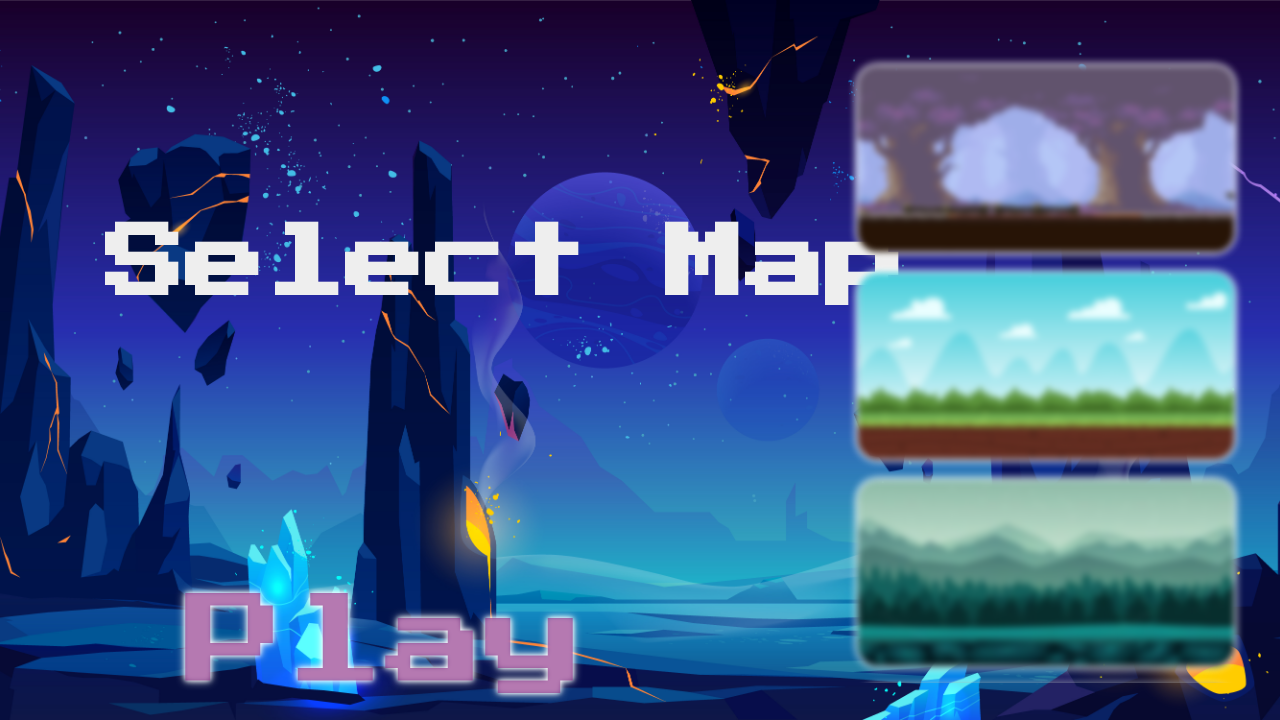
Repository: Gaurav31052/Fighting-game
Page: home.html
The author's editor kept a copy of each file at every save. The page is drawn from the files as they stood at one save, then again after the next save.
The browser window is 1280 px wide. The pictures show the whole page.
An inner scrolling area shows only its first screen.

Above is the page before, as saved 2024-06-06 23:29:43.

### home.html
<!DOCTYPE html>
<html lang="en">

<head>
    <meta charset="UTF-8">
    <meta name="viewport" content="width=device-width, initial-scale=1.0">
    <title>Document</title>
    <link href="https://fonts.googleapis.com/css2?family=Press+Start+2P&display=swap" rel="stylesheet">
    <link rel="stylesheet" href="style.css">
</head>

<body>


    <!-- carousel -->
    <div class="carousel">
        <!-- list item -->
        <div class="list">
            <div class="item">

                <div class="MapName">
                   <h1 id="name">Select Map</h1>
                </div>

                <img id="mainbox" src="img/home.jpg" alt="">

                <button id="btn"><a href='game.html'>Play</a></button>
            </div>

        </div>


        <!-- list thumnail -->
        <div class="thumbnail" id="about">

            <div class="item" id="bg1"><img class="myimg" src="./img/background1.jpg" alt=""></div>
            <div class="item" id="bg2"><img class="myimg" src="./img/background2.jpg" alt=""></div>
            <div class="item" id="bg3"><img class="myimg" src="./img/background3.jpg" alt=""></div>
            <div class="item" id="bg4"><img class="myimg" src="./img/background4.jpg" alt=""></div>
            <div class="item" id="bg5"><img class="myimg" src="./img/background5.jpg" alt=""></div>
            <div class="item" id="bg6"><img class="myimg" src="./img/background6.jpg" alt=""></div>
            <!-- <div class="item"><img src="img/background.jpg" alt=""></div>
                <div class="item"><img src="img/background.jpg" alt=""></div>
                <div class="item"><img src="img/background.jpg" alt=""></div>
                <div class="item"><img src="img/background.jpg" alt=""></div>
                <div class="item"><img src="img/background.jpg" alt=""></div> -->

        </div>


    </div>

    <script src="home.js"></script>

</body>

</html>

### style.css

body {
    margin: 0;
    background-color: #000;
    color: #eee;
    font-family: Poppins;
    font-size: 12px;
    overflow: hidden;
}

a {
    text-decoration: none;
    color: #8b2c84a2;
}

/* carousel */
.carousel {
    height: 100vh;
    width: 100vw;
    overflow: hidden;
    position: relative;
}

.carousel .list .item {
    width: 100%;
    height: 100%;
    position: absolute;
    inset: 0 0 0 0;

}

.carousel .list .item img {
    width: 100%;
    height: 100%;
    object-fit: cover;

}

.carousel .list .item button {

    position: absolute;
    top: 68.5%;
    left: 14%;
    font-size: 100px;
    font-family: "Press Start 2P", system-ui;
    text-align: center;
    padding-top: 100px;
    text-shadow: 0 0 10px #fff, 0 0 5px #fff;
    background: transparent;
    border: none;
}

.MapName {
    /* background: red; */
    position: absolute;
    height: 130px;
    width: 830px;
    top: 200px;
    left: 90px;
    display: flex;
    justify-content: space-around;
    align-items: center;
    font-family: "Press Start 2P", system-ui;
}
.MapName>h1{
    font-size: 80px;
}



/* thumbail */
.thumbnail {
    position: absolute;
    top: 6%;
    left: 65%;
    width: max-content;
    z-index: 100;
    gap: 15px;
    width: 460px;
    height: 615px;
    overflow: scroll;
    padding: 5px;
    padding-top: 20px;

    scroll-behavior: initial;
    display: flex;
    flex-direction: column;
    align-items: center;

}

.thumbnail .item {
    width: fit-content;
    flex-shrink: 0;
    position: relative;
    list-style-type: none;
    padding: 3px;
}

#about {
    scrollbar-width: none;
}

.thumbnail .item img {
    width: 90%;
    height: 100%;
    object-fit: cover;
    border-radius: 20px;
    box-shadow: 0 0 5px #fff, 0 0 5px #fff, 0 0 5px #fff, 0 0 5px #fff;
}

.myimg {
    filter: blur(3px);
}

.myimg:hover {
    filter: none;
    scale: 1.1;
    transition: 0.5s ease-in;
}

#leftimg {
    scale: 4;
}

#rightimg {
    scale: 3;
}

### home.js
let userchoice;

const setmap = document.getElementById("mainbox");
const choices = document.querySelectorAll(".myimg");
choices.forEach((e) => {
    e.addEventListener("click", () => {
        userchoice = e.getAttribute("src");
        setmap.src = userchoice;
        localStorage.setItem(1,userchoice);
        console.log(userchoice);
        if(userchoice === "./img/background1.jpg"){
            document.getElementById('name').innerHTML = "Bloom";
        }
        else if(userchoice === "./img/background2.jpg"){
            document.getElementById('name').innerHTML = "Skyris";
        }
        else if(userchoice === "./img/background3.jpg"){
            document.getElementById('name').innerHTML = "Night Hawl";
        }
        else if(userchoice === "./img/background4.jpg"){
            document.getElementById('name').innerHTML = "Caves";
        }
        else if(userchoice === "./img/background5.jpg"){
            document.getElementById('name').innerHTML = "Bind";
        }
        else if(userchoice === "./img/background6.jpg"){
            document.getElementById('name').innerHTML = "Forest";
        }
    })
});

var home_music =new Audio("./audio/background sound.mp3");
home_music.play();
home_music.loop=true;
home_music.volume=0.1;

After the next save:
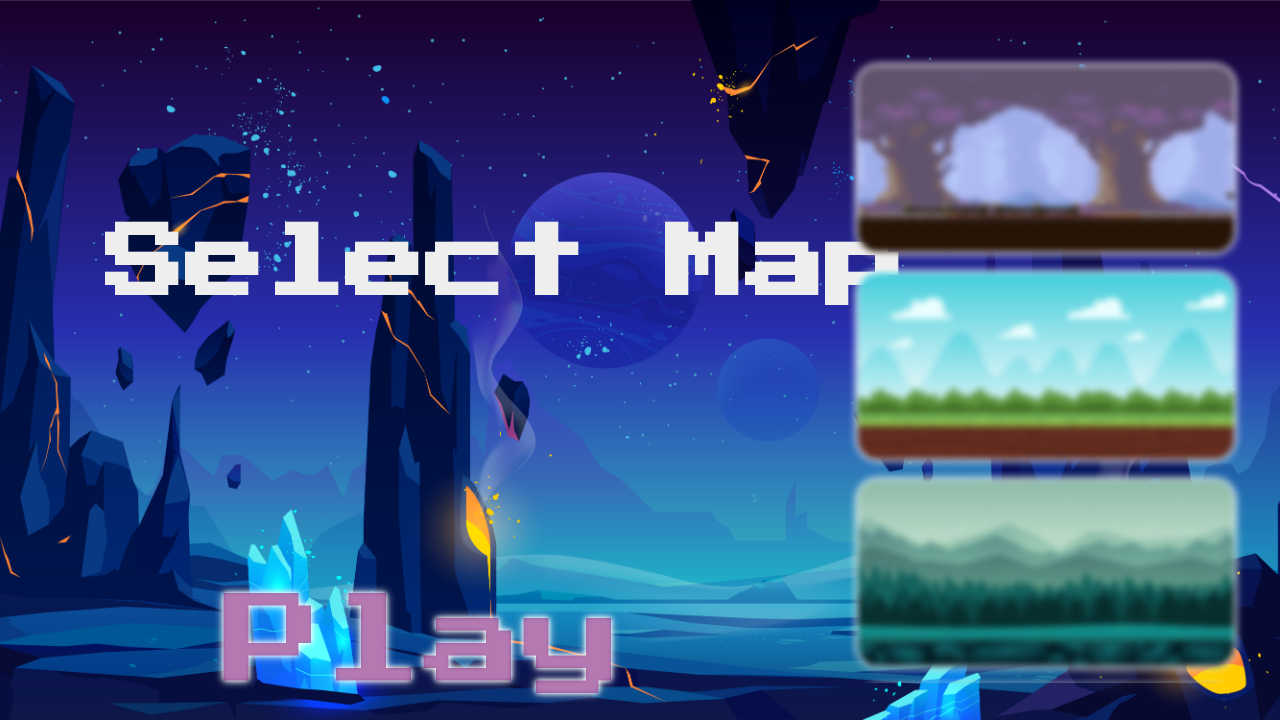
Saved 67 s later.
--- a/style.css
+++ b/style.css
@@ -40,7 +40,7 @@ a {
 
     position: absolute;
     top: 68.5%;
-    left: 14%;
+    left: 17%;
     font-size: 100px;
     font-family: "Press Start 2P", system-ui;
     text-align: center;
